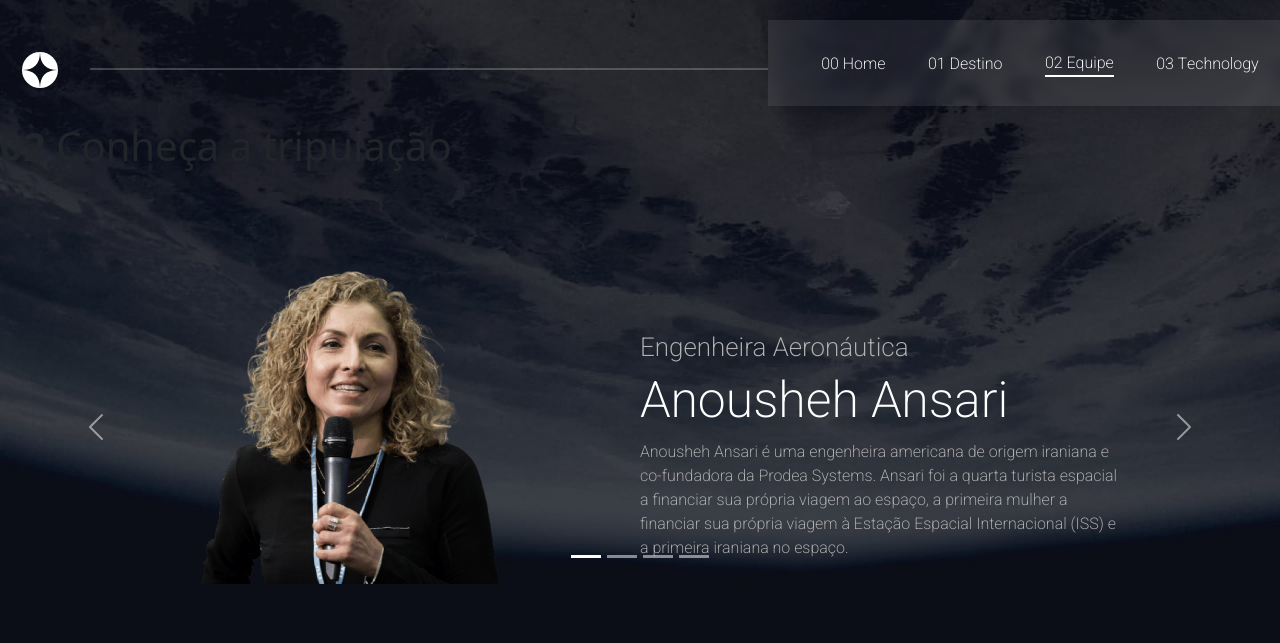
Repository: Leonngc/space-site
Page: crew-commander.html
These files come from the project's save history. The page is drawn as it stood at one moment and after a run of saves; the edit follows.
The browser window is 1280 px wide. The pictures show the whole page.

Above is the page before, as saved 2023-05-01 16:23:41.

### crew-commander.html
<!DOCTYPE html>
<html lang="pt-br">
<head>
  <meta charset="UTF-8">
  <meta name="viewport" content="width=device-width, initial-scale=1, minimum-scale=1">

  <link rel="icon" type="image/png" sizes="32x32" href="./assets/favicon-32x32.png">
  <link rel='stylesheet' href='https://cdn-uicons.flaticon.com/uicons-bold-rounded/css/uicons-bold-rounded.css'>
  <link rel="stylesheet" href="starter-code/styles/menu.css">
  <link rel="stylesheet" href="starter-code/styles/crew.css">

  <link href="https://cdn.jsdelivr.net/npm/bootstrap@5.3.0-alpha3/dist/css/bootstrap.min.css" rel="stylesheet" integrity="sha384-KK94CHFLLe+nY2dmCWGMq91rCGa5gtU4mk92HdvYe+M/SXH301p5ILy+dN9+nJOZ" crossorigin="anonymous">
  <script src="starter-code/script/menu.js" defer></script>
  <title>Frontend Mentor | Space tourism website</title>
</head>
<body>

  <header>
    <a href="index.html" target="_parent"><img src="starter-code/assets/shared/logo.svg" alt="" class="logo"></a>

    <div class="line"></div>
    <nav>
      <button class="menu-button"><i class="fi fi-br-menu-burger"></i></button>
      <ul class="menu">
      <li class="item-menu"><a href="index.html" target="_parent">00 Home</a></li>
      <li class="item-menu"><a href="destination-moon.html" target="_blank">01 Destino</a></li>
      <li class="item-menu page-active"><a href="#">02 Equipe</a></li>
      <li class="item-menu"><a href="#">03 Technology</a></li>
      </ul>
    </nav>
  </header>

  <h1><strong>02</strong> Conheça a tripulação</h1>

  <div id="carouselExampleIndicators" class="carousel slide" style="margin-top: 100px; margin-bottom: 100px;">
    <div class="carousel-indicators">
      <button type="button" data-bs-target="#carouselExampleIndicators" data-bs-slide-to="0" class="active" aria-current="true" aria-label="Slide 1"></button>
      <button type="button" data-bs-target="#carouselExampleIndicators" data-bs-slide-to="1" aria-label="Slide 2"></button>
      <button type="button" data-bs-target="#carouselExampleIndicators" data-bs-slide-to="2" aria-label="Slide 3"></button>
      <button type="button" data-bs-target="#carouselExampleIndicators" data-bs-slide-to="3" aria-label="Slide 4"></button>
    </div>
    <div class="carousel-inner">
      <div class="carousel-item active">
        <img src="starter-code/assets/crew/image-anousheh-ansari.png" class="d-flex w-5" alt="...">
        <div class="text-box">
          <h2>Engenheira Aeronáutica</h2>
          <h3>Anousheh Ansari</h3>

          <p>
            Anousheh Ansari é uma engenheira americana de origem iraniana e co-fundadora da Prodea Systems. Ansari foi a quarta turista espacial a financiar sua própria viagem ao espaço, a primeira mulher a financiar sua própria viagem à Estação Espacial Internacional (ISS) e a primeira iraniana no espaço.
          </p>
        </div>
      </div>
      <div class="carousel-item">
        <img src="starter-code/assets/crew/image-douglas-hurley.png" class="d-flex w-5" alt="...">

          <div class="text-box">
            <h2>Comandante</h2>
            <h3>Douglas Hurley</h3>
              <p>
                Douglas Gerald Hurley é um engenheiro, ex-piloto do Corpo de Fuzileiros Navais dos Estados Unidos e ex-astronauta da NASA. Ele foi lançado ao espaço pela terceira vez como comandante da missão Crew Dragon Demo-2.
              </p>
          </div>
      </div>
      <div class="carousel-item">
        <img src="starter-code/assets/crew/image-mark-shuttleworth.png" class="d-flex w-5" alt="...">
        <div class="text-box">
          <h2>Especialista em missões</h2>
          <h3>Mark Shuttleworth</h3>
          <p>
            Mark Richard Shuttleworth é o fundador e CEO da Canonical, a empresa por trás do sistema operacional baseado em Linux, o Ubuntu. Shuttleworth se tornou o primeiro sul-africano a viajar para o espaço como turista espacial.
          </p>
        </div>
      </div>
      <div class="carousel-item">
        <img src="starter-code/assets/crew/image-victor-glover.png" class="d-flex w-5" alt="...">
        <div class="text-box">
          <h2>Piloto</h2>
          <h3>Victor Glover</h3>
          <p>
            Piloto do primeiro voo operacional da nave SpaceX Crew Dragon para a Estação Espacial Internacional. Glover é comandante na Marinha dos Estados Unidos, onde pilota um F/A-18. Ele foi membro da tripulação da Expedição 64 e atuou como engenheiro de sistemas de voo da estação.
          </p>
        </div>
      </div>

    </div>
    <button class="carousel-control-prev" type="button" data-bs-target="#carouselExampleIndicators" data-bs-slide="prev">
      <span class="carousel-control-prev-icon" aria-hidden="true"></span>
      <span class="visually-hidden">Previous</span>
    </button>
    <button class="carousel-control-next" type="button" data-bs-target="#carouselExampleIndicators" data-bs-slide="next">
      <span class="carousel-control-next-icon" aria-hidden="true"></span>
      <span class="visually-hidden">Next</span>
    </button>
  </div>


</body>

<script src="https://cdn.jsdelivr.net/npm/@popperjs/core@2.11.7/dist/umd/popper.min.js" integrity="sha384-zYPOMqeu1DAVkHiLqWBUTcbYfZ8osu1Nd6Z89ify25QV9guujx43ITvfi12/QExE" crossorigin="anonymous"></script>
<script src="https://cdn.jsdelivr.net/npm/bootstrap@5.3.0-alpha3/dist/js/bootstrap.min.js" integrity="sha384-Y4oOpwW3duJdCWv5ly8SCFYWqFDsfob/3GkgExXKV4idmbt98QcxXYs9UoXAB7BZ" crossorigin="anonymous"></script>
</html>

### starter-code/styles/menu.css
@import url('https://fonts.googleapis.com/css2?family=Heebo:wght@200&display=swap');

*{
    padding: 0;
    margin: 0;
}


header{
    display: flex;
    justify-content: space-between;
}

.menu{
    display: none;
    margin-top: 20px;
    display: flex;
    width: 40vw ;
    height: 12vh;
    position: relative;
    list-style: none;
    overflow-x: hidden;
    background: rgba(255, 255, 255, 0.21);
    background: rgba(255, 255, 255, 0.08);
    box-shadow: 0 4px 30px rgba(0, 0, 0, 0.1);
    backdrop-filter: blur(5px);
    -webkit-backdrop-filter: blur(5px);
}

.item-menu{
    margin: auto;
}

.item-menu a{
    text-decoration: none;
    font-family: 'Heebo', sans-serif;
    color: white;
}


.line{
    background-color:  rgba(255, 255, 255, 0.21);
    height: 2px;
    width: 1110px;
    margin-top: 68px;
    margin-left: 30px;
}

.logo{
    margin-top: 50px;
    margin-left: 20px;
    width: 40px;
    height: 40px;
    padding: 2px;
}

.page-active{
    border-bottom: 2px solid white;
}

ul li > a:hover{
    font-size: 18px;
    transition: 2s;
}

.menu-button{
    display: none;
}



@media (max-width: 999px){
    .line{
        display: none;
    }
    body{
        overflow-x: hidden;
        max-width: 100vw;
    }


    .menu{
        position: absolute;
        right: 0;
        flex-direction: column;
        width: 80vw;
        height: 90vh;
        z-index: 10000;
        margin: 0;
        border-top-left-radius: 15px;
        border-bottom-left-radius: 15px;
        transform: translateX(100%);
        transition: transform 0.6s ease-in;
        background: rgba(0, 0, 0, 0.392);
        background: rgba(0, 0, 0, 0.545);
        box-shadow: 0 4px 30px rgba(0, 0, 0, 0.1);
        backdrop-filter: blur(5px);
        -webkit-backdrop-filter: blur(5px);
    }




    .menu li{
       color: white;
       font-size: 18px;
       font-weight: bold;
    }

    .menu-button{
        display: block;
        font-size: 40px;
        color: white;
        background: none;
        border: none;
        padding: 10px;
        margin-top: 40px;
    }

    ul.active{
        transform: translateX(0);
    }

}

### starter-code/styles/crew.css
@import url('https://fonts.googleapis.com/css2?family=Barlow&display=swap');
@import url('https://fonts.googleapis.com/css2?family=Heebo:wght@200&display=swap');
/*  font-family: 'Barlow', sans-serif;
    font-family: 'Heebo', sans-serif;
*/

:root{
    --title-font: 'Barlow';
    --paragraph-font: 'Heebo';
}




body{
    background-image: url(../assets/crew/background-crew-desktop.jpg);
    background-size: cover;
    background-repeat: no-repeat;
}



.carousel-inner img{
    margin: 0;
    margin-left: 200px;
    width: 300px;
}

.text-box{
    position: absolute;
    top: 20%;
    left: 50%;
    color: white;
    width: 38vw;
    font-family: var(--paragraph-font);
}

.text-box > h2{
    font-size: 26px;
    color: #b4b3b3;
}

.text-box > h3{
    font-size: 50px;
}

.text-box > p{
    color: #b4b3b3;
}

### starter-code/script/menu.js
class MobileNavbar{
    constructor(mobileMenu, navList, navLink){
        this.mobileMenu = document.querySelector(mobileMenu);
        this.navList = document.querySelector(navList);
        this.navLink = document.querySelector(navLink);
        this.activeClass = "active";
        this.handleClick = this.handleClick.bind(this)

    }

    handleClick(){
        this.mobileMenu.classList.toggle(this.activeClass)
    }

    addClickEvent(){
        this.mobileMenu.addEventListener("click", this.handleClick);
    }

    init(){
        if(this.mobileMenu){
            this.addClickEvent();
        }
        return this;
    }
}

const mobileNavbar = new MobileNavbar(
    "nav",
    "ul",
    "ul li",
);

mobileNavbar.init()

After the next 4 saves:
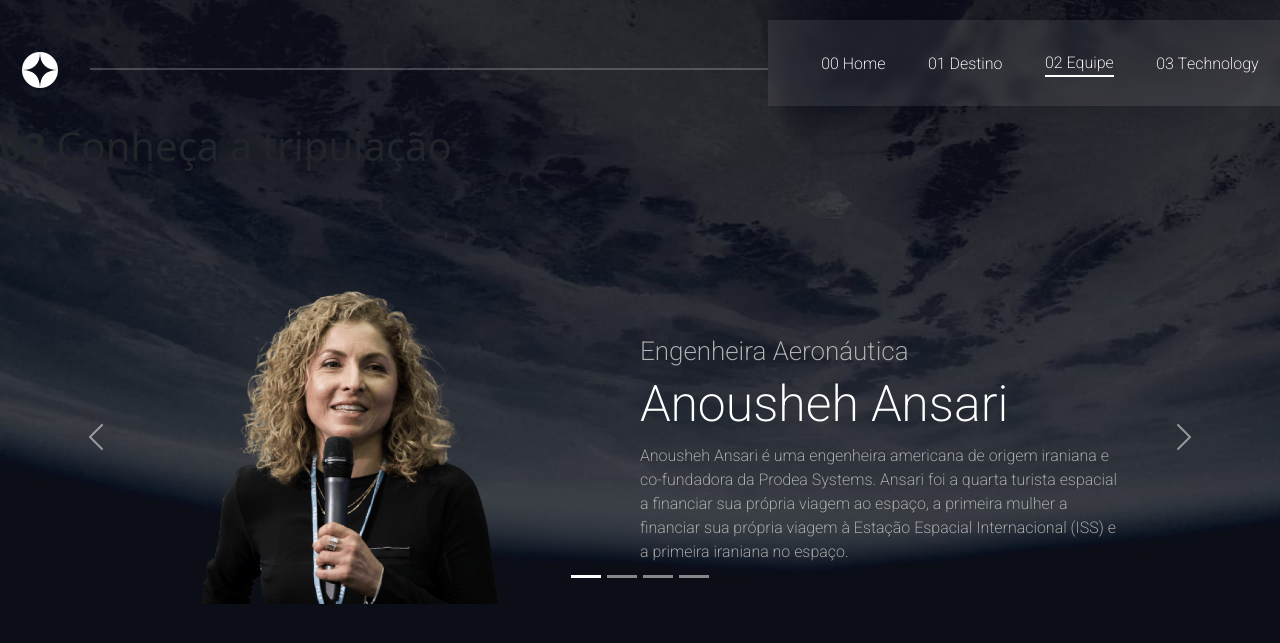
The 4 saves are shown as one change because they came seconds apart.
The last was saved 20 s later.
--- a/starter-code/styles/crew.css
+++ b/starter-code/styles/crew.css
@@ -21,8 +21,8 @@
 
 
 .carousel-inner img{
-    margin: 0;
     margin-left: 200px;
+    margin-top: 20px;
     width: 300px;
 }
 

After the 2 saves that followed:
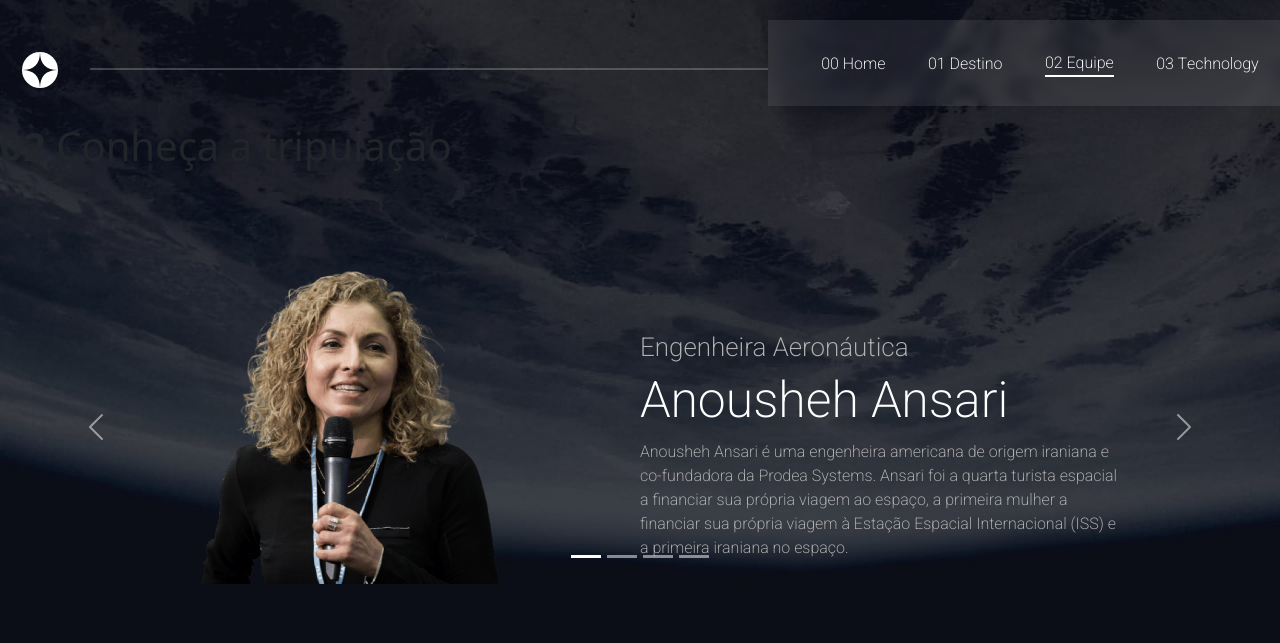
The 2 saves are shown as one change because they came seconds apart.
The last was saved 19 s later.
--- a/starter-code/styles/crew.css
+++ b/starter-code/styles/crew.css
@@ -22,7 +22,6 @@
 
 .carousel-inner img{
     margin-left: 200px;
-    margin-top: 20px;
     width: 300px;
 }
 
